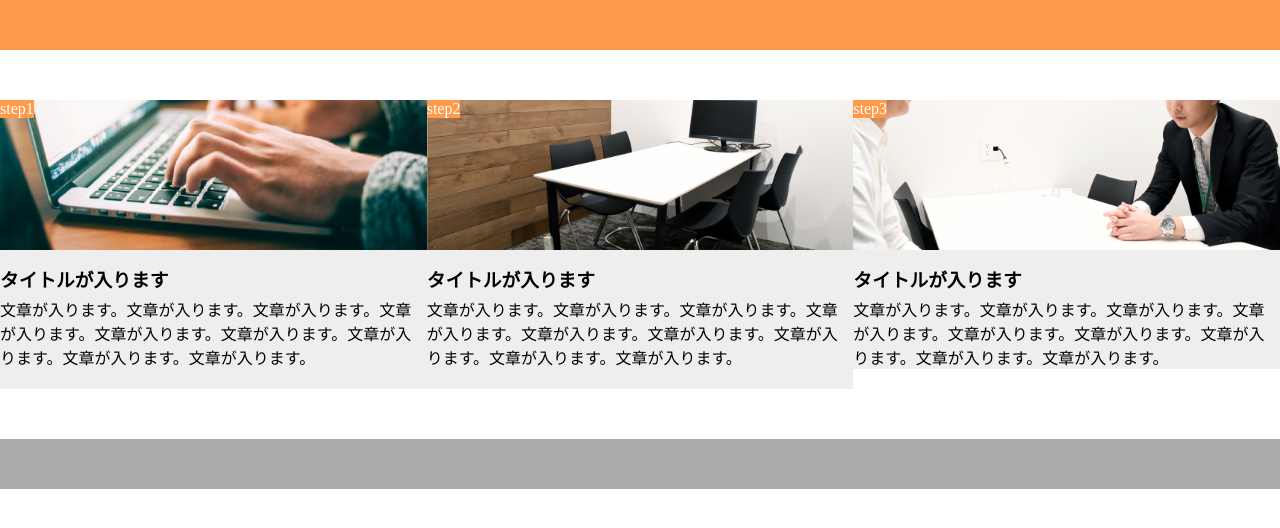
Repository: tttstk518/git-practice
Page: HTML/index.html
The author's editor kept a record of every edit. The page is drawn from the files as they stood at one moment, then again after the next edit.
The browser window is 1280 px wide. The pictures show the whole page.

Above is the page before.

After the next edit:
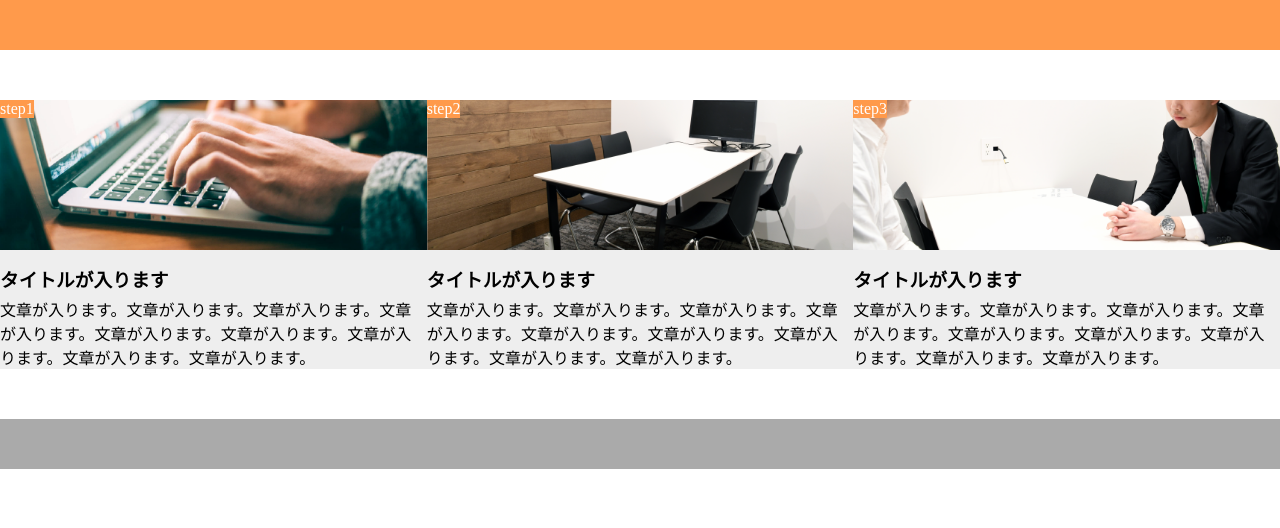
The edit:
--- a/HTML/style.css
+++ b/HTML/style.css
@@ -22,9 +22,6 @@
   background-color: #eee;
 }
 
-.step-box:last-child {
-  margin-bottom: 20px;
-}
 
 .step-img1 {
   height: 150px;
